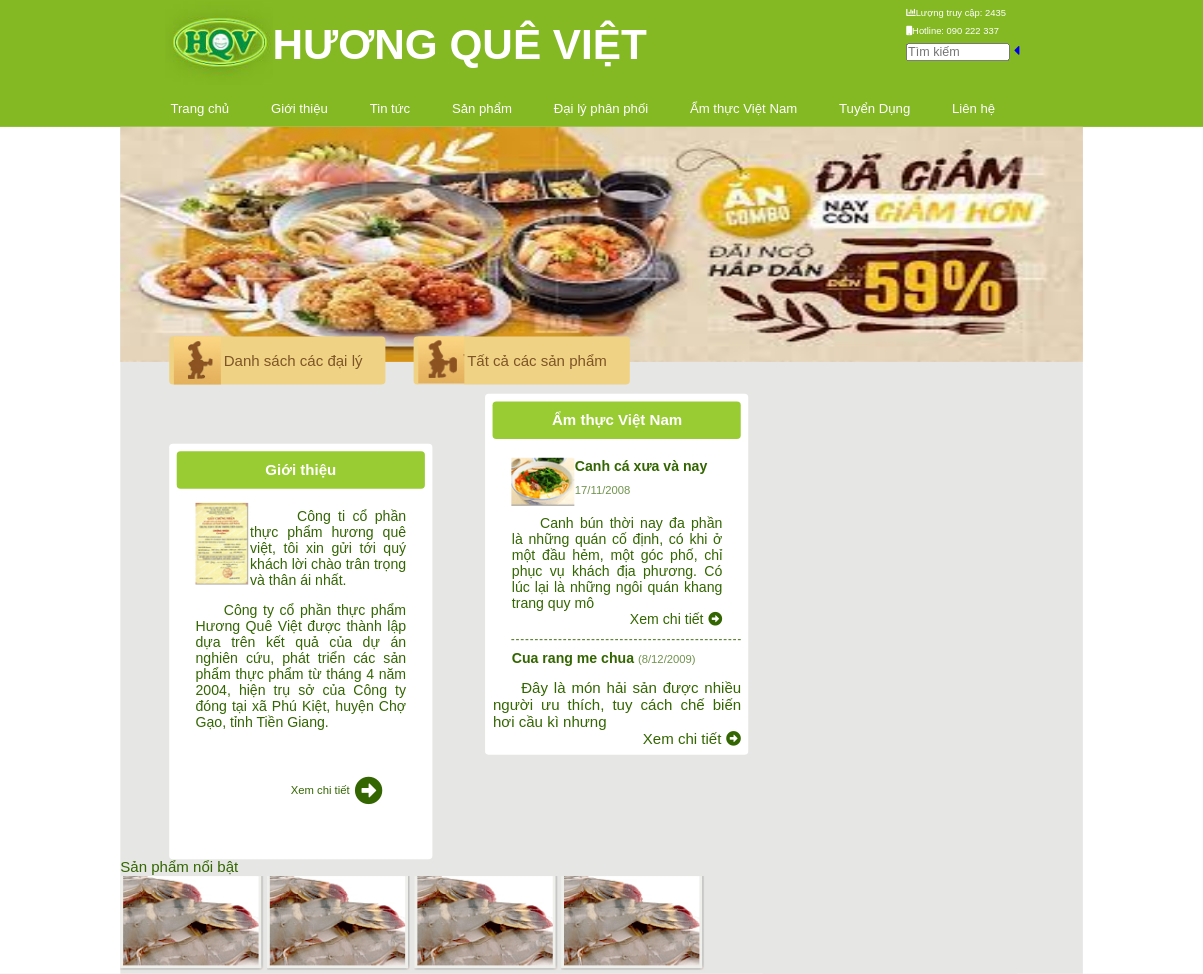
Repository: NgocTruong0701/Self_Learning
Page: html/practice/Baitapweb/index.html
The author's editor kept a copy of each file at every save. The page is drawn from the files as they stood at one save, then again after a run of saves.
The browser window is 1280 px wide. The pictures show the whole page, at 94% of full size.

Above is the page before, as saved 2021-10-06 22:04:23.

### html/practice/Baitapweb/index.html
<!DOCTYPE html>
<html>
    <head>
        <title>Web Bài 4</title>
        <meta charset="UTF-8">
        <meta name="author" content="Lê Ngọc Trường">
        <link rel="stylesheet" type="text/css" href="./assets/css/styles.css">
        <link rel="stylesheet" href="./assets/font/fontawesome-free-5.15.4-web/css/all.css">
    </head>

    <body>
        <!-- Begin Header -->
        <header>
            <!-- Banner -->
            <div id="banner">
                <!-- Khối bên trái -->
                <div class="box-left">
                    <!-- logo -->
                    <div class="logo">
                        <img src="./assets/pictures/logo/logo.jpg" alt="logo">
                    </div>

                    <!-- tiêu đề -->
                    <div class="header-heading">
                        hương quê việt
                    </div>
                </div>

                <!-- khối bên phải -->
                <div class="box-right">
                    <div class="thongtin">
                        <div class="ltruycap">
                            <i class="fas fa-chart-bar"></i>
                            <p>Lượng truy cập: 2435</p>
                        </div>

                        <div class="ltruycap">
                            <i class="fas fa-mobile"></i>
                            <p>Hotline: 090 222 337</p>
                        </div>
                    </div>

                    <div class="search">
                        <form action="url" method="GET" >
                            <input type="text" placeholder="Tìm kiếm" class="onhap">
                            <a href="#">
                                <i class="fas fa-caret-left"></i>
                            </a>
                        </form>
                    </div>
                </div>
            </div>

            <!-- menu header -->
            <div class="menu-header">
                <ul class="menu-tren">
                    <li><a href="#">Trang chủ</a></li>
                    <li><a href="#">Giới thiệu</a></li>
                    <li><a href="#">Tin tức</a></li>
                    <li><a href="#">Sản phẩm</a></li>
                    <li><a href="#">Đại lý phân phối</a></li>
                    <li><a href="#">Ẩm thực Việt Nam</a></li>
                    <li><a href="#">Tuyển Dụng</a></li>
                    <li><a href="#">Liên hệ</a></li>
                </ul>
            </div>

        </header>
        <!-- End Header -->

        <!-- Begin Body -->
        <div id="container">
            <div class="box-up">
                <div class="body-banner">
                    <img src="./assets/pictures/banner/banner.jpg" alt="body-banner">
                </div>

                <div class="box-list-title">
                    <div class="body-title">
                        <img src="./assets/pictures/product/BT1_03.gif" alt="daily">

                        <p class="body-list">
                            Danh sách các đại lý
                        </p>
                    </div>

                    <div class="body-title">
                        <img src="./assets/pictures/product/BT1_05.gif" alt="daily">

                        <p class="body-list">
                            Tất cả các sản phẩm
                        </p>
                    </div>
                </div>
            </div>


            <div class="box-down">
                <div class="introduce">
                    <p class="title-introduce">Giới thiệu</p>

                    <div class="box-introduce-first">
                        <img src="./assets/pictures/product/BT1_10.gif" alt="chứng nhận" class="image-box-left">

                        <p class="line-first">Công ti cổ phần thực phẩm hương quê việt, tôi xin gửi tới quý khách lời chào trân trọng và thân ái nhất.</p>

                        <p class="line-second">
                            Công ty cổ phần thực phẩm Hương Quê Việt được thành lập dựa trên kết quả của dự án nghiên cứu, phát triển các sản phẩm thực phẩm từ tháng 4 năm 2004, hiện trụ sở của Công ty đóng tại xã Phú Kiệt, huyện Chợ Gạo, tỉnh Tiền Giang.
                        </p>
                    </div>

                    <div class="more">
                        <p class="text-more">Xem chi tiết</p>

                        <i class="fas fa-arrow-alt-circle-right first-icon"></i>
                    </div>
                </div>

                <div class="review">
                    <p class="title-introduce">Ẩm thực Việt Nam</p>

                    <div class="box-review-first">
                        <img src="./assets/pictures/product/BT1_13.gif" alt="chứng nhận" class="image-box-left">

                        <div class="reviewer">
                            <p class="heading-up">Canh cá xưa và nay</p>

                            <p class="time">17/11/2008</p>
                        </div>


                        <p class="line-second">
                            Canh bún thời nay đa phần là những quán cố định, có khi ở một đầu hẻm, một góc phố, chỉ phục vụ khách địa phương. Có lúc lại là những ngôi quán khang trang quy mô
                        </p>
                        <div class="more-second">
                            <p class="text-more">Xem chi tiết</p>

                            <i class="fas fa-arrow-alt-circle-right second-icon"></i>
                        </div>
                    </div>

                    <div class="box-introduce-second">
                        <p class="heading-up-review">Cua rang me chua <span>(8/12/2009)</span></p>

                        <p class="line-second">
                            Đây là món hải sản được nhiều người ưu thích, tuy cách chế biến hơi cầu kì nhưng
                        </p>

                        <div class="more-second">
                            <p class="text-more">Xem chi tiết</p>

                            <i class="fas fa-arrow-alt-circle-right second-icon"></i>
                        </div>
                    </div>

                </div>



                <div class="list-introduce">
                    <p class="heading-list-introduce">
                        Sản phẩm nổi bật
                    </p>

                    <div class="picture-introduce">
                        <img src="./assets/pictures/product/BT1_16.gif" alt="one" class="img-introduce">
                        <img src="./assets/pictures/product/BT1_16.gif" alt="one" class="img-introduce">
                        <img src="./assets/pictures/product/BT1_16.gif" alt="one" class="img-introduce">
                        <img src="./assets/pictures/product/BT1_16.gif" alt="one" class="img-introduce">
                    </div>
                </div>
            </div>
        </div>
        <!-- End Body -->

        <!-- Begin Footer -->
        <footer>

        </footer>
        <!-- End Footer -->
    </body>
</html>

### html/practice/Baitapweb/assets/css/styles.css
/* RESET CSS */
*{
    padding:0;
    margin: 0;
    box-sizing:border-box;
}

html{
    font-family: Arial, Helvetica, sans-serif;
    color:#fff;
}
/* Begin Header */
header{
    background-color: rgb(132, 185, 35);
    text-align: center;
    width: 100%;
    height: 135px;
}

#banner{
    width: 100%;
    height: 95px;
    display: flex;
    justify-content: space-evenly
}



.header-heading{
    text-transform: uppercase;
    padding-right:100px;
    font-size: 45px;
    font-weight: 700;
}

header .box-left{
    display: flex;
    align-items: center;
}

header .box-right{
    display: inline-block;
    height: 95px;
    position: relative;
    width: 140px;
}

.menu-header{
    height: 40px;
}

.ltruycap{
    display: flex;
    margin: 8px 0;
}

.search{
    position: absolute;
    left:0;

}

.thongtin{
    font-size:10px;
}

.search .onhap{
    width: 110px;
}



.menu-tren li{
    display: inline-block;
    list-style-type:square ;
    margin-right:40px;
}

.menu-tren li a{
    line-height: 40px;
    text-decoration: none;
    color: #fff;
    font-size:14px;
}

.menu-tren li a:hover{
    color: #805528;
}

/* End Header */

/* Begin Container */
#container{
    background: #e6e6e4;
    width: 80%;
    margin-left: auto;
    margin-right: auto;
}
.box-up{
    position: relative;
}

.box-list-title{
    display: inline-flex;
    position: absolute;
    top: 223px;
    left: 52px;
}

.body-title{
    display: flex;
    align-items: center;
    background: #f0d284;
    width: 230px;
    margin-right: 30px;
    border-radius: 4px;
    padding-left:5px;
}

.body-banner img{
    height: 250px ;
    width: 100%;
}

.box-up .body-list{
    color:#7d5527;
    padding-left:3px ;
}

.box-down{
    color: #336600 ;
}

.box-down .introduce{
    margin-top: 30px;
    max-width: 280px;
    display: inline-block;
    margin-left: 52px;
    background: #fff;
    padding: 8px;
    border-radius: 4px;
}

.box-down .title-introduce{
    background: #99cc33;
    height: 40px;
    line-height: 40px;
    color:#fff;
    text-align:center;
    font-weight: 600;
    border-radius:4px;
}

.box-introduce-first{
    margin: 15px 20px 0 20px;
    font-size:15px;
}

.box-down img.image-box-left{
    float:left;
}

.line-first{
    text-indent: 50px;
    text-align: justify;
    padding:5px 0 0 0;
}

.line-second{
    clear: left;
    margin-top: 5px;
    width: 230x;
    text-align: justify;
}

.more{
    display: flex;
    float: right;
    margin: 50px 45px 50px 0;
    align-items: center;
    cursor:pointer;
}

.more .text-more{
    font-size: 12px;
    margin-right: 5px;
}

.more .first-icon{
    font-size:30px;

}

.review{
    margin-top: 30px;
    max-width: 280px;
    display: inline-block;
    margin-left: 52px;
    background: #fff;
    padding: 8px;
    border-radius: 4px;
}

.heading-up{
    font-weight: 600;
    margin-bottom: 10px;
}

.time{
    font-size:12px;
    opacity: 0.7;
}

.line-second{
    text-indent: 30px;
    padding-top: 10px;
}

.box-review-first{
    margin: 15px 20px 0 20px;
    font-size:15px;

}

.heading-up{
    display: block;
    margin-top: 20px;
}

.more-second{
    display: flex;
    float: right;
    align-items: center;
    cursor: pointer;
}

.text-more{
    margin-right: 5px;
}

.heading-up-review{
    font-size:15px;
    border-top-style:dashed ;
    border-top-width: thin;
    margin-top: 30px;
    font-weight: 600;
    margin-left: 20px;
    padding-top: 10px;
}

.heading-up-review span{
    font-size:12px;
    opacity: 0.7;
    font-weight: normal;
}

.heading-up-review .line-second{


}
/* End Container */

/* Begin Footer */





/* End Footer */

Loaded but not shown: html/practice/Baitapweb/Web4-Webside-LeNgocTruong-2020601391/assets/font/fontawesome-free-5.15.4-web/css/all.css (library)

After the next 5 saves:
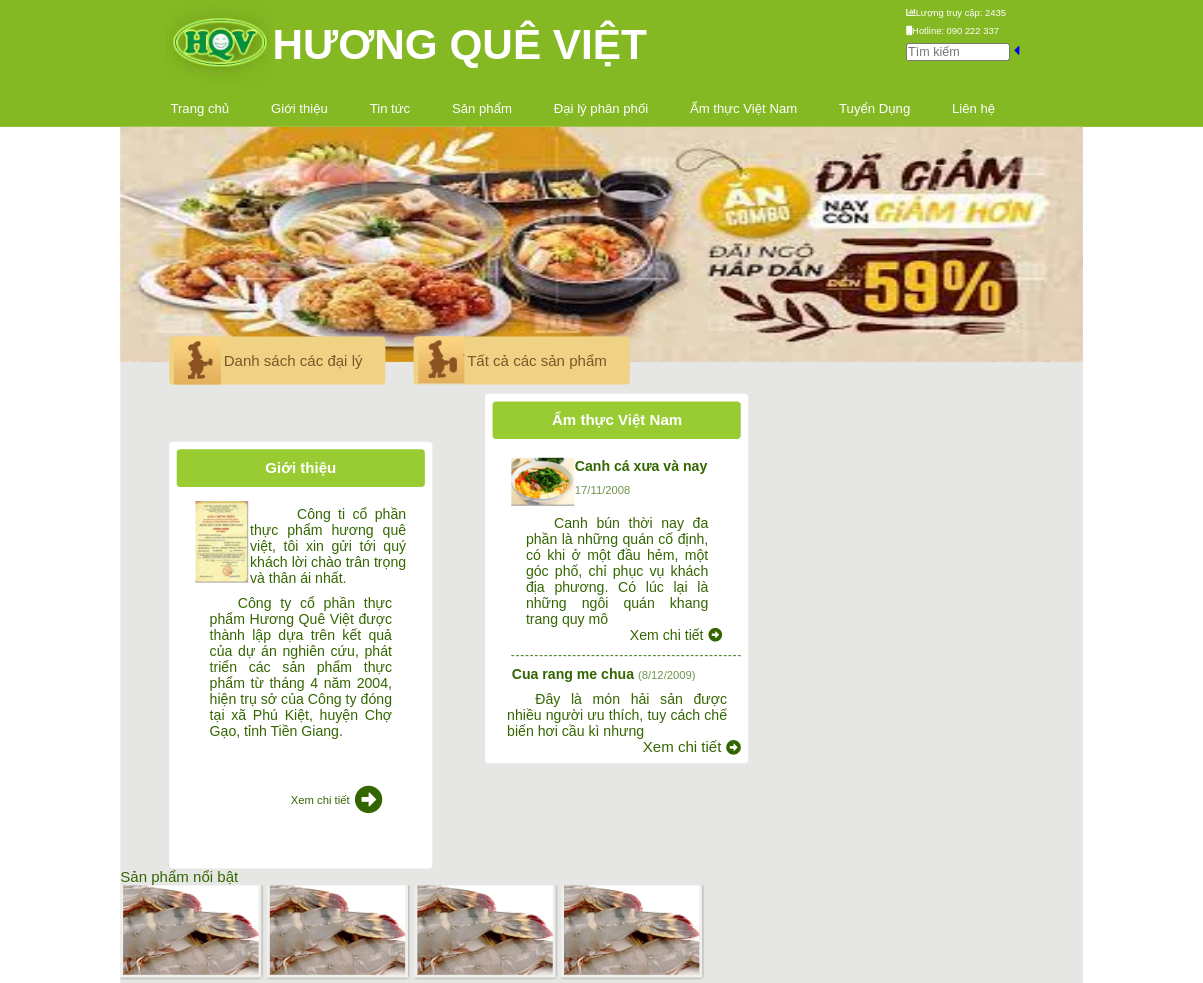
The 5 saves are shown as one change because they came seconds apart.
The last was saved 2 min 5 s later.
--- a/html/practice/Baitapweb/assets/css/styles.css
+++ b/html/practice/Baitapweb/assets/css/styles.css
@@ -254,9 +254,10 @@ header .box-right{
     font-weight: normal;
 }
 
-.heading-up-review .line-second{
-
-
+.line-second{
+    font-size: 15px;
+    margin: 0 15px;
+    text-align: justify;
 }
 /* End Container */
 
